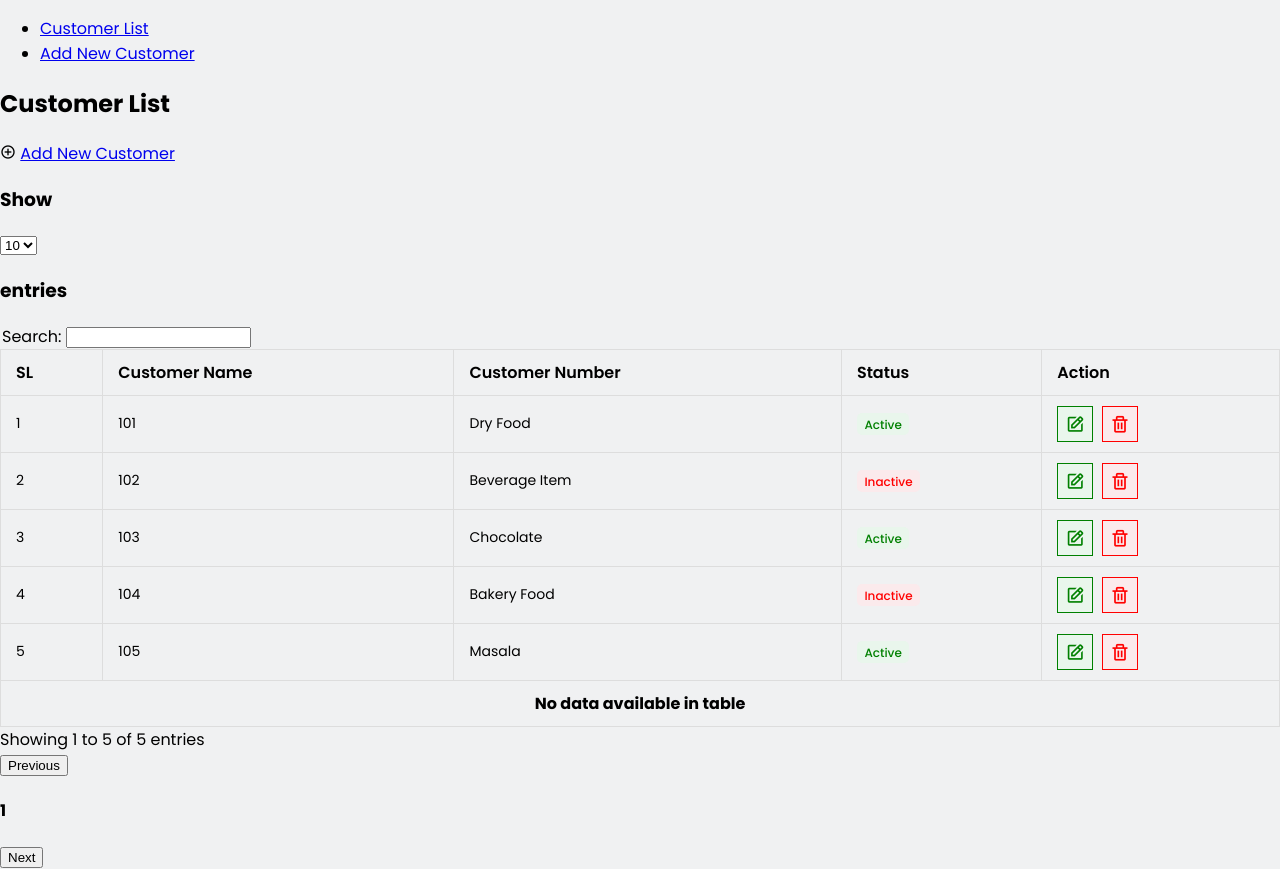
Repository: codebyaddro/customer-page
Page: customer.html
The author's editor kept a copy of each file at every save. The page is drawn from the files as they stood at one save, then again after a run of saves.
The browser window is 1280 px wide. The pictures show the whole page.

Above is the page before, as saved 2025-02-20 13:54:45.

### customer.html
<!DOCTYPE html>
<html lang="en">
<head>
    <meta charset="UTF-8">
    <meta name="viewport" content="width=device-width, initial-scale=1.0">
    <!-- CSS -->
    <link rel="stylesheet" href="css/customer.css">
    <!-- Icons -->
    <link href='https://unpkg.com/boxicons@2.1.4/css/boxicons.min.css' rel='stylesheet'>
    <title>Customer - Page</title>
</head>
<body>
    <div class="cba-customer-container">
        <div class="cba-cusc-top-menus">
            <ul>
                <li><a href="/index.html" class="-cba-cusc-active-menu">Customer List</a></li>
                <li><a href="/inner-pages/html/anc.html" class="cba-cusc-light-up">Add New Customer</a></li>
            </ul>
        </div>
        <div class="cba-cusc-list-container">
            <div class="cba-cusc-heading-add-new-btn">
                <div class="cba-cusc-heading">
                    <h2>Customer List</h2>
                </div>
                <div class="cba-cusc-add-new-btn">
                    <i class='cba-cusc-add-icon bx bx-plus-circle'></i>
                    <a href="/inner-pages/html/anc.html">Add New Customer</a>
                </div>
            </div>
            <div class="cba-cusc-list-short-dpdwn-search-box">
                <div class="cba-cusc-list-short-dpdwn">
                    <h3>Show</h3>
                    <select name="10" id="">
                        <option value="">10</option>
                        <option value="">20</option>
                        <option value="">30</option>
                        <option value="">All</option>
                    </select>
                    <h3>entries</h3>
                </div>
                <div class="cba-cusc-search-box">
                    <legend>Search: <input type="text"></legend>
                </div>
            </div>
            <div class="cba-cusc-table-list">
                <table>
                    <thead>
                        <tr>
                            <th title="SL">SL</th>
                            <th title="Code">Customer Name</th>
                            <th title="Category Name">Customer Number</th>
                            <th title="Status">Status</th>
                            <th title="Action">Action</th>
                        </tr>
                    </thead>
                    <tbody>
                        <tr>
                            <td>1</td>
                            <td>101</td>
                            <td>Dry Food</td>
                            <td><span class="active">Active</span></td>
                            <td>
                                <a title="Edit" href="#"><i class='edit-icon bx bx-edit'></i></a>
                                <a title="Delete" href="#"><i class='delete-icon bx bx-trash'></i></a>
                            </td>
                        </tr>
                        <tr>
                            <td>2</td>
                            <td>102</td>
                            <td>Beverage Item</td>
                            <td><span class="inactive">Inactive</span></td>
                            <td>
                                <a title="Edit" href="#"><i class='edit-icon bx bx-edit'></i></a>
                                <a title="Delete" href="#"><i class='delete-icon bx bx-trash'></i></a>
                            </td>
                        </tr>
                        <tr>
                            <td>3</td>
                            <td>103</td>
                            <td>Chocolate</td>
                            <td><span class="active">Active</span></td>
                            <td>
                                <a title="Edit" href="#"><i class='edit-icon bx bx-edit'></i></a>
                                <a title="Delete" href="#"><i class='delete-icon bx bx-trash'></i></a>
                            </td>
                        </tr>
                        <tr>
                            <td>4</td>
                            <td>104</td>
                            <td>Bakery Food</td>
                            <td><span class="inactive">Inactive</span></td>
                            <td>
                                <a title="Edit" href="#"><i class='edit-icon bx bx-edit'></i></a>
                                <a title="Delete" href="#"><i class='delete-icon bx bx-trash'></i></a>
                            </td>
                        </tr>
                        <tr>
                            <td>5</td>
                            <td>105</td>
                            <td>Masala</td>
                            <td><span class="active">Active</span></td>
                            <td>
                                <a title="Edit" href="#"><i class='edit-icon bx bx-edit'></i></a>
                                <a title="Delete" href="#"><i class='delete-icon bx bx-trash'></i></a>
                            </td>
                        </tr>
                        <tr class="cba-cusc-no-data-available">
                            <th colspan="5">No data available in table</th>
                        </tr>
                    </tbody>
                </table>
            </div>
            <div class="cba-cusc-entries-details-list-page-btn">
                <div class="cba-cusc-entries-details">
                    Showing <span>1</span> to <span>5</span> of <span>5</span> entries
                </div>
                <div class="cba-cusc-list-page-btn">
                    <button>Previous</button>
                    <h4><span>1</span></h4>
                    <button>Next</button>
                </div>
            </div>
        </div>
    </div>
</body>
</html>

### css/customer.css
/* -- fonts -- */
@import url('https://fonts.googleapis.com/css2?family=Poppins:ital,wght@0,100;0,200;0,300;0,400;0,500;0,600;0,700;0,800;0,900;1,100;1,200;1,300;1,400;1,500;1,600;1,700;1,800;1,900&family=Raleway:ital,wght@0,100..900;1,100..900&family=Roboto:ital,wght@0,100;0,300;0,400;0,500;0,700;0,900;1,100;1,300;1,400;1,500;1,700;1,900&family=VT323&display=swap');

/* -- root -- */

:root {
    --gray-white: #F0F1F2; /* For body*/
    --white: #FFFFFF;
    --black: #000000;
    --gray-black: #DDDDDD;
    --light-black: #212523;
    --light-black-op: #21252350;
    --main-green: #157343;
    --main-light: #37A000;
    --light-orange: #FD7E14;
    --green: #008000;
    --light-green: #e9f6ec;
    --red: #FF0000;
    --light-red: #fbeaec;
}

/* ---------- */

* {
    box-sizing: border-box;
}

body {
    margin: 0;
    padding: 0;
    font-family: "Poppins", serif;
    background-color: var(--gray-white);
}

::selection {
    color: var(--white);
    background-color: var(--main-light);
}

/* -- category container style -- */

.category-container {
    width: 100%;
    margin-top: 25px;
}

/* -- top menus style--  */

.top-menus {
    background-color: var(--white);
    display: flex;
    justify-content: left;
    align-items: center;
    height: 60px;
    margin-bottom: 15px;
}

.top-menus ul {
    list-style-type: none;
    display: flex;
    gap: 30px;
    margin-left: -20px;
}

.top-menus ul li a {
    text-decoration: none;
    color: var(--black);
    font-size: 15px;
    font-weight: 500;
}

/* -- active menu style -- */

.active-menu {
    color: var(--white)!important;
    background-color: var(--main-green);
    padding: 8px 12px;
    border-radius: 5px;
}

/* -- menu hover style -- */

.light-up:hover {
    color: var(--light-orange);
}

/* -- list container style -- */

.list-container {
    background-color: var(--white);
    padding: 0px 20px;
}

/* -- heading-add-new-btn style -- */

.heading-add-new-btn {
    display: flex;
    justify-content: space-between;
    align-items: center;
    border-bottom: 1px solid var(--gray-black) ;
}

.heading h2 {
    color: var(--light-black);
    font-size: 25px;
    font-weight: 500;
}

/* -- add-new-btn style -- */

.add-new-btn {
    display: flex;
    gap: 5px;
    justify-content: baseline;
    align-items: center;
}

.add-new-btn {
    background-color: var(--main-green);
    padding: 5px 10px;
    border-radius: 5px;
}

.add-new-btn a {
    color: var(--white);
    text-decoration: none;
}

.add-icon {
    color: var(--white);
    font-size: 20px;
}

/* -- list-short-dpdwn-search-box style -- */

.list-short-dpdwn-search-box {
    display: flex;
    justify-content: space-between;
    align-items: center;
    padding: 10px 0px;
}

/* -- list-short-dpdwn style -- */

.list-short-dpdwn {
    display: flex;
    gap: 7.5px;
    align-items: center;
}

.list-short-dpdwn h3 {
    color: var(--light-black);
    font-size: 15px;
    font-weight: 500;
}

.list-short-dpdwn select {
    color: var(--light-black);
    appearance: none;
    height: 25px;
    width: 30px;
    padding-left: 6px;
    outline: none;
    border-radius: 2.5px;
}

/* -- search-box style -- */

.search-box {
    display: flex;
    align-items: center;
}

.search-box legend {
    color: var(--light-black);
}

.search-box input {
    outline: none;
    height: 25px;
    width: 193px;
    border: 1px solid var(--gray-black);
}

/* -- table-list style --*/

table {
    border-collapse: collapse;
    width: 100%;
}

@media (max-width: 768px) {
    table {
        width: 100%;
        padding: 0rem;
        display: block;
        overflow-x: scroll;
        overflow-y: hidden;
        scrollbar-width: thin;
        scrollbar-color: var(--black);
    }
}

/* -- thead style -- */

thead {
    cursor: pointer;
}

th, td {
    border: 1px solid var(--gray-black);
    padding: 10px 15px;
}

thead tr th {
    font-size: 1rem;
    font-weight: 600;
    text-align: left;
}

tbody tr td {
    font-size: 0.875rem;
}

tbody tr:hover {
    background-color: var(--gray-white);
}

/* -- tbody style -- */

/* status style */

.active {
    color: var(--green);
    background-color: var(--light-green);
    font-size: 12px;
    font-weight: 500;
    padding: 2.5px 7.5px;
    border-radius: 5px;
}

.inactive {
    color: var(--red);
    background-color: var(--light-red);
    font-size: 12px;
    font-weight: 500;
    padding: 2.5px 7.5px;
    border-radius: 5px;
}

/* -- action style -- */

.edit-icon {
    color: var(--green);
    background-color: var(--light-green);
    padding: 7px 7px;
    margin-right: 2.5px;
    border: 1px solid var(--green);
    font-size: 20px;
}

.edit-icon:hover {
    background-color: var(--light-black-op);
}

.delete-icon {
    color: var(--red);
    background-color: var(--light-red);
    padding: 7px 7px;
    margin-left: 2.5px;
    border: 1px solid var(--red);
    font-size: 20px;
}

.delete-icon:hover {
    background-color: var(--light-black-op);
}

/* -- no data style */

.no-data-available th {
    font-size: 14px;
    font-weight:500;
    color: var(--black);
    background-color: var(--gray-white);
}

/* -- entries-details-list-page-btn style -- */

.entries-details-list-page-btn {
    display: flex;
    justify-content: space-between;
    align-items: center;
    padding: 10px 0px;
}

.entries-details {
    color: var(--black);
    font-size: 15px;
}

.list-page-btn {
    display: flex;
    gap: 5px;
    align-items: center;
}

.list-page-btn button {
    color: var(--light-black);
    background-color: var(--gray-white);
    padding: 8px 14px;
    border: none;
    border-radius: 5px;
    cursor: pointer;
}

.list-page-btn h4 {
    color: var(--white);
    background-color: var(--main-light);
    font-size: 15px;
    font-weight: 400;
    padding: 3px 12px;
    border-radius: 5px;
}

After the next 4 saves:
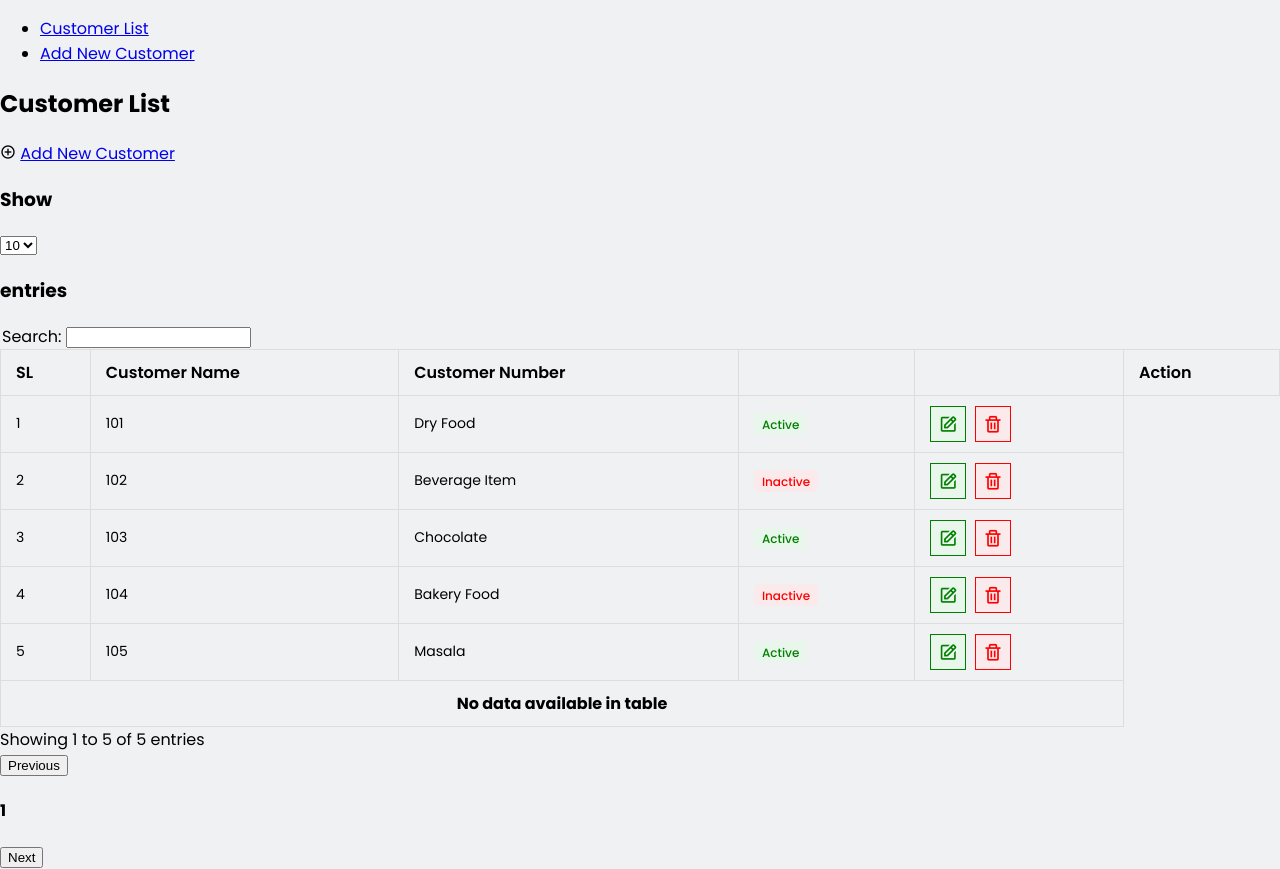
The 4 saves are shown as one change because they came seconds apart.
The last was saved 50 s later.
--- a/customer.html
+++ b/customer.html
@@ -49,7 +49,7 @@
                             <th title="SL">SL</th>
                             <th title="Code">Customer Name</th>
                             <th title="Category Name">Customer Number</th>
-                            <th title="Status">Status</th>
+                            <th title="Status"><th>
                             <th title="Action">Action</th>
                         </tr>
                     </thead>

After the 2 saves that followed:
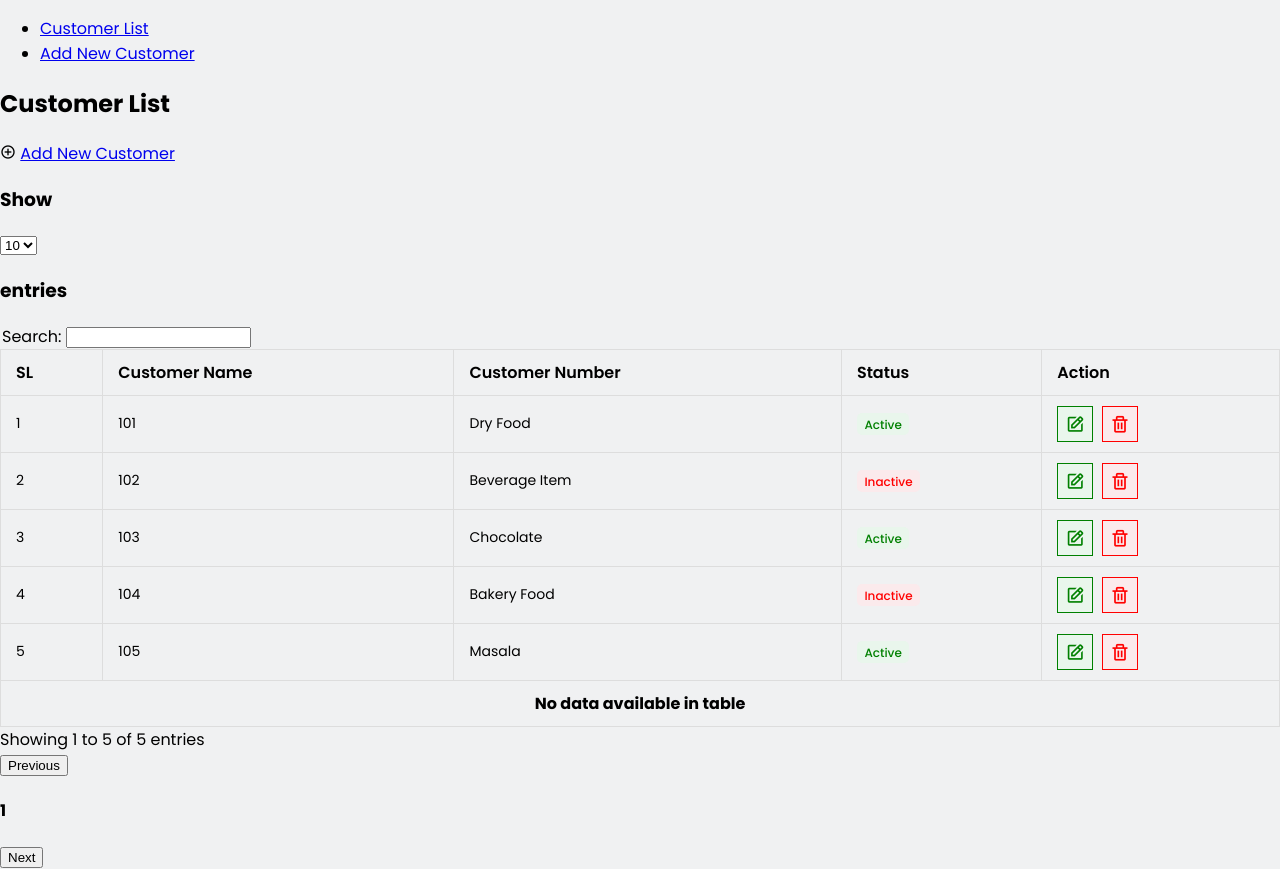
The 2 saves are shown as one change because they came seconds apart.
The last was saved 13 s later.
--- a/customer.html
+++ b/customer.html
@@ -49,7 +49,7 @@
                             <th title="SL">SL</th>
                             <th title="Code">Customer Name</th>
                             <th title="Category Name">Customer Number</th>
-                            <th title="Status"><th>
+                            <th title="Status">Status</th>
                             <th title="Action">Action</th>
                         </tr>
                     </thead>
